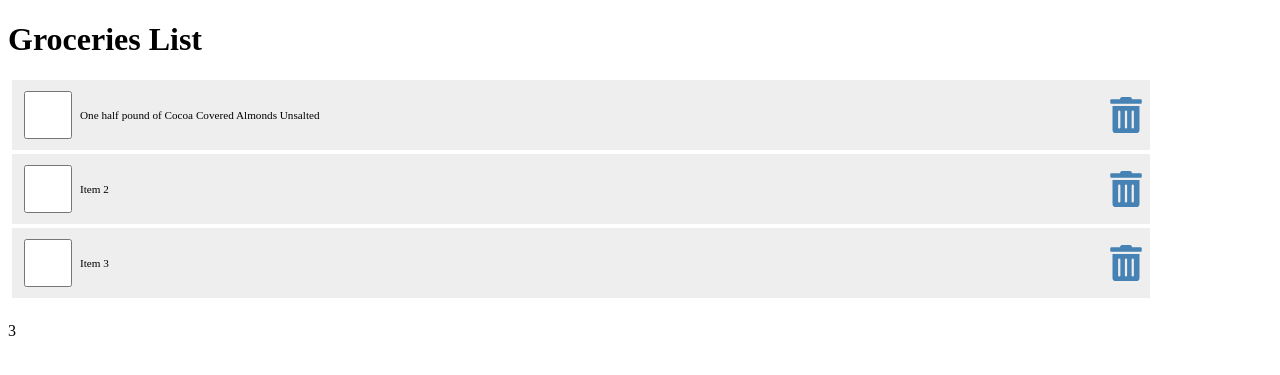
Repository: akinmiday/react-series
Page: /
An editor plug-in stored every save of this project. The page is shown before and after the next save, followed by the edit.
The browser window is 1280 px wide. The pictures show the whole page.
The project was rebuilt for these pictures with package versions that can differ from the ones it lists, and the page was loaded fresh each time. Also part of the build but not shown: vite.config.js, src/index.css.

Above is the page before, as saved 2023-08-21 19:13:25.

### src/App.jsx
import { useState } from 'react'
import './App.css'
import Content from './Content'
import Footer from './Footer'
import Header from './Header'

const App = () => {
  const [items, setItems] = useState([
    {
      id: 1,
      checked: false,
      item: "One half pound of Cocoa Covered Almonds Unsalted"
    },
    {
      id: 2,
      checked: false,
      item: "Item 2"
    },
    {
      id: 3,
      checked: false,
      item: "Item 3"

    }
  ])

  const handleCheck = (id) => {
    const listItems = items.map((item) => item.id === id ? { ...item, checked: !item.checked } : item)
    setItems(listItems)
    localStorage.setItem("shoppinglist", JSON.stringify(listItems))
  }

  const handleDelete = (id) => {
    const listItems = items.filter((item) => item.id !== id)
    setItems(listItems)
    localStorage.setItem("shoppinglist", JSON.stringify(listItems))
  }

  return (
    <>
      <Header title="Groceries List" />
      <Content
        items={items}
        handleCheck={handleCheck}
        handleDelete={handleDelete}
      />
      <Footer length={items.length} />
    </>
  )
}

export default App

### src/App.css
ul {
    width: 90%;
    list-style: none;
    padding: 0 0.25rem 0.25rem;
}

ul li::before{
    content: "\200B";
}

.item{
    display: flex;
    justify-content: flex-start;
    align-items: center;
    padding: 0.5rem 0 0.5rem 0.5rem;
    margin: 0.25rem 0;
    background-color: #eee;
}

.item input[type="checkbox"] {
    text-align: center;
    width: 2.5rem;
    width: 48px;
    min-width: 48px;
    height: 2.5rem;
    height: 48px;
    min-height: 48px;
    cursor: pointer;
    margin-right: 0.5rem;
}

.item input[type="checkbox"]:focus + label{
text-decoration: underline;
}

.item > label{
    font-size: 0.7rem;
    flex-grow: 1;
}

.item svg{
    width: 48px;
    min-width: 48px;
    height: 36px;
    font-size: 2px;
    color: steelblue;
    cursor: pointer;
}

.item svg:focus,
.item svg:hover{
    color: red;
    outline: none;
}

### src/Content.jsx
/* eslint-disable react/prop-types */
import { FaTrashAlt } from "react-icons/fa"

const Content = ({ items, handleCheck, handleDelete }) => {

    return (
        <>
            {items.length ? (
                <ul>
                    {items.map((item) => (
                        <li className='item' key={item.id} >
                            <input
                                type='checkbox'
                                checked={item.checked}
                                onChange={() => handleCheck(item.id)}
                            />
                            <label
                                style={(item.checked) ? { textDecoration: 'line-through' } : null}
                                onDoubleClick={() => handleCheck(item.id)}
                            >{item.item}</label>
                            <FaTrashAlt
                                onClick={() => handleDelete(item.id)}
                                role='button'
                                tabIndex="0"
                            />
                        </li>
                    ))}
                </ul>
            ) : (
                <p style={{ marginTop: '2rem' }} >Your List is empty</p>
            )}
        </>
    )
}

export default Content

### src/Footer.jsx
const Footer = ({ length }) => {

  return (
    <div>
      <p>{length}  </p>
    </div>
  )
}

export default Footer

### src/Header.jsx
// eslint-disable-next-line react/prop-types
const Header = ({ title }) => {
    return (
        <header>
            <h1>{title}</h1>
        </header>
    )
}

export default Header

Loaded but not shown: index.html (common file); src/main.jsx (common file)

After the next save:
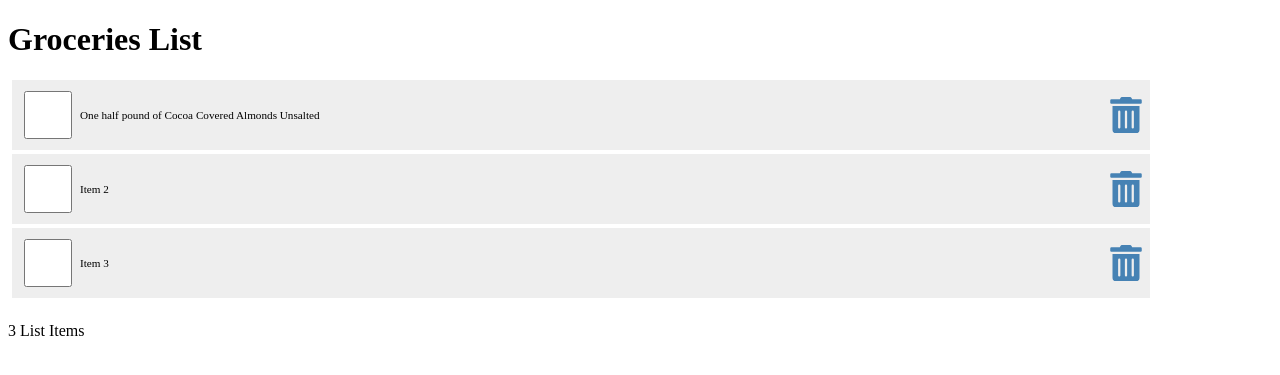
Saved 7 s later.
--- a/src/Footer.jsx
+++ b/src/Footer.jsx
@@ -2,7 +2,7 @@ const Footer = ({ length }) => {
 
   return (
     <div>
-      <p>{length}  </p>
+      <p>{length} List Items  </p>
     </div>
   )
 }
